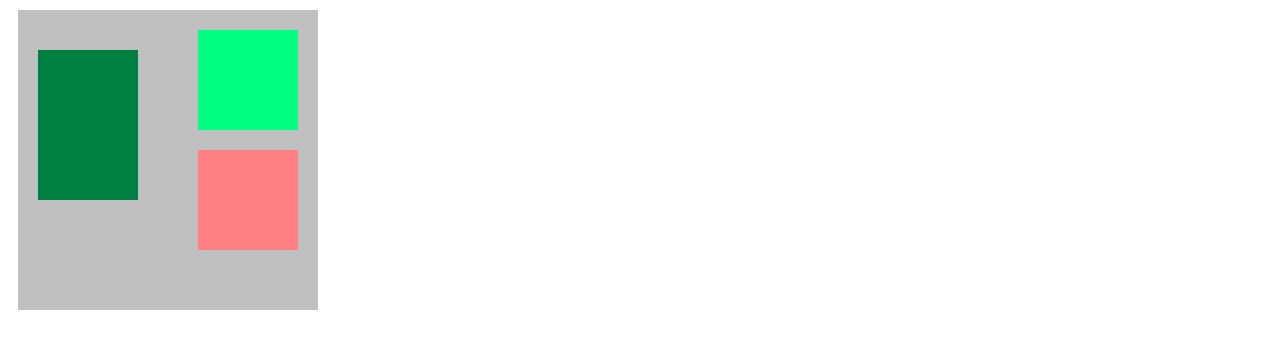
Repository: BaekJiGyeong/JSP_web
Page: http://localhost/Project0303/project2.jsp
These files come from the project's save history. The page is drawn as it stood at one moment and after the next save; the edit follows.
The browser window is 1280 px wide. The pictures show the whole page.
The page is served by Tomcat 9.

Above is the page before, as saved 2016-03-03 10:28:49.

### Project0303/WebContent/project2.jsp
<%@ page language="java" contentType="text/html; charset=UTF-8"
    pageEncoding="UTF-8"%>
<!DOCTYPE html>
<html>
<head>
<meta http-equiv="Content-Type" content="text/html; charset=UTF-8">
<link rel="stylesheet" type="text/css" href="/resource/css/project2.css"/>
<title>Insert title here</title>
</head>
<body>
<div id="wrapper">

	<div id="col1">
		<div id="col1row1"></div>
	</div>
	<div id="col2">
		<div id="col2row1"></div>
		<div id="col2row2"></div>
	</div>
	</div>



</body>
</html>

### Project0303/WebContent/resource/css/project2.css
@CHARSET "UTF-8";

div {
	margin: 10px;
}
div#wrapper {
	 background-color: #c0c0c0;

	 width: 300px;
	 height: 300px;

}
div#col1 {
	top: 30px;
	position: absolute;
}
div#col2 {
	float: right;
	width: 50%;
	 height: 100%;
	 top: 0px;
}
div#col1row1 {
	background-color: #008040;
	width: 100px;
	height: 150px;
	float: left;
}

div#col2row1 {
	background-color: #00ff80;
	width: 100px;
	height: 100px;
	float: right;
}
div#col2row2 {
	background-color: #ff8080;
	width: 100px;
	height: 100px;
	top: 120px;
	float: right;

}

After the next save:
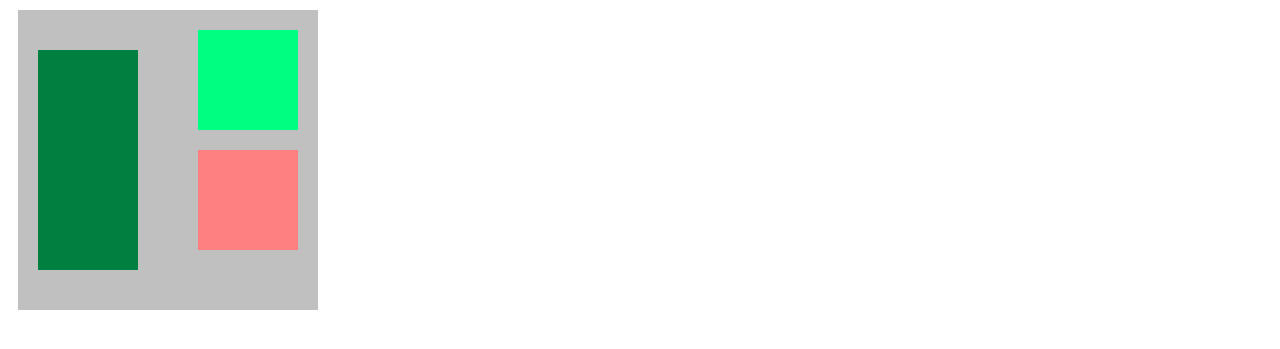
Saved 7 s later.
--- a/Project0303/WebContent/resource/css/project2.css
+++ b/Project0303/WebContent/resource/css/project2.css
@@ -23,7 +23,7 @@ div#col2 {
 div#col1row1 {
 	background-color: #008040;
 	width: 100px;
-	height: 150px;
+	height: 220px;
 	float: left;
 }
 
